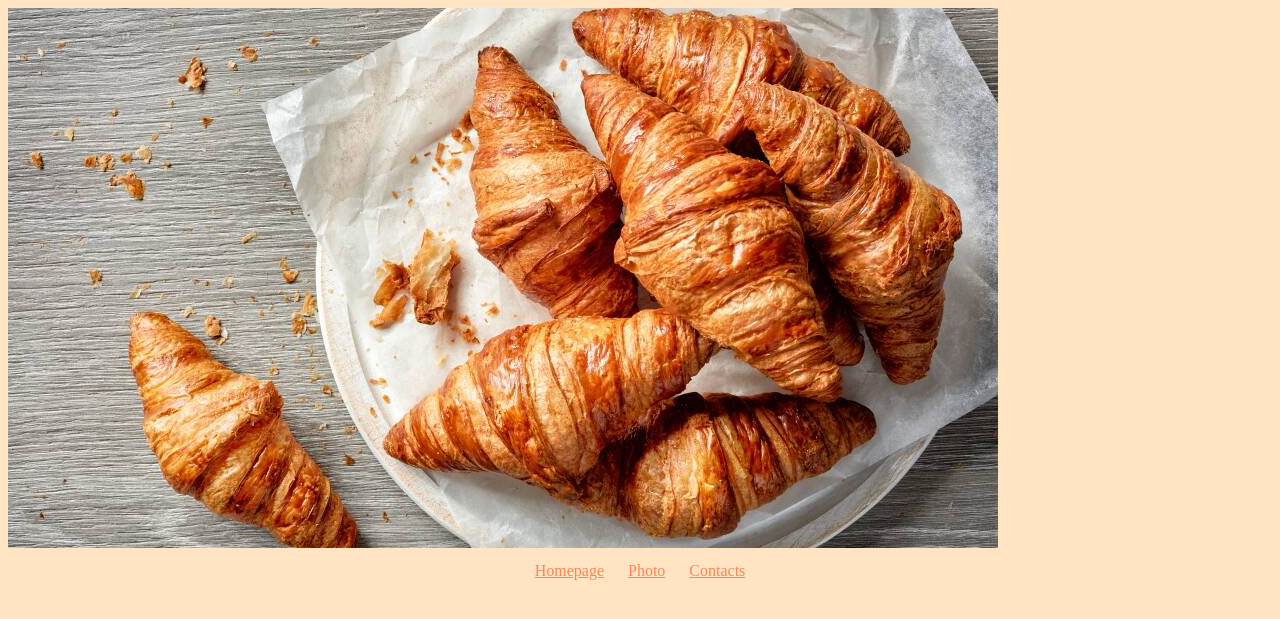
Repository: Bohoutdinova/Croissant
Page: photo.html
These files come from the project's save history. The page is drawn as it stood at one moment and after the next save; the edit follows.
The browser window is 1280 px wide. The pictures show the whole page.

Above is the page before, as saved 2022-08-08 17:52:29.

### photo.html
<!DOCTYPE html>
<html lang="en">
  <head>
    <meta charset="UTF-8" />
    <meta http-equiv="X-UA-Compatible" content="IE=edge" />
    <meta name="viewport" content="width=device-width, initial-scale=1.0" />
    <title>Photo</title>
    <link rel="stylesheet" href="/src/style.css" />
  </head>
  <body>
    <img src="/images/download.jpeg" class="img-fluid" alt="croissant" />
    <div class="container">
      <a href="/index.html">Homepage</a>
      <a href="/photo.html">Photo</a>
      <a href="/contact.html">Contacts</a>
    </div>
  </body>
</html>

### src/style.css
body {
  background-color: bisque;
}
h1 {
  text-align: center;
}
p {
  text-align: center;
}
.container {
  text-align: center;
  margin: 10px;
}
a {
  padding: 10px;
  color: #f98654;
}

After the next save:
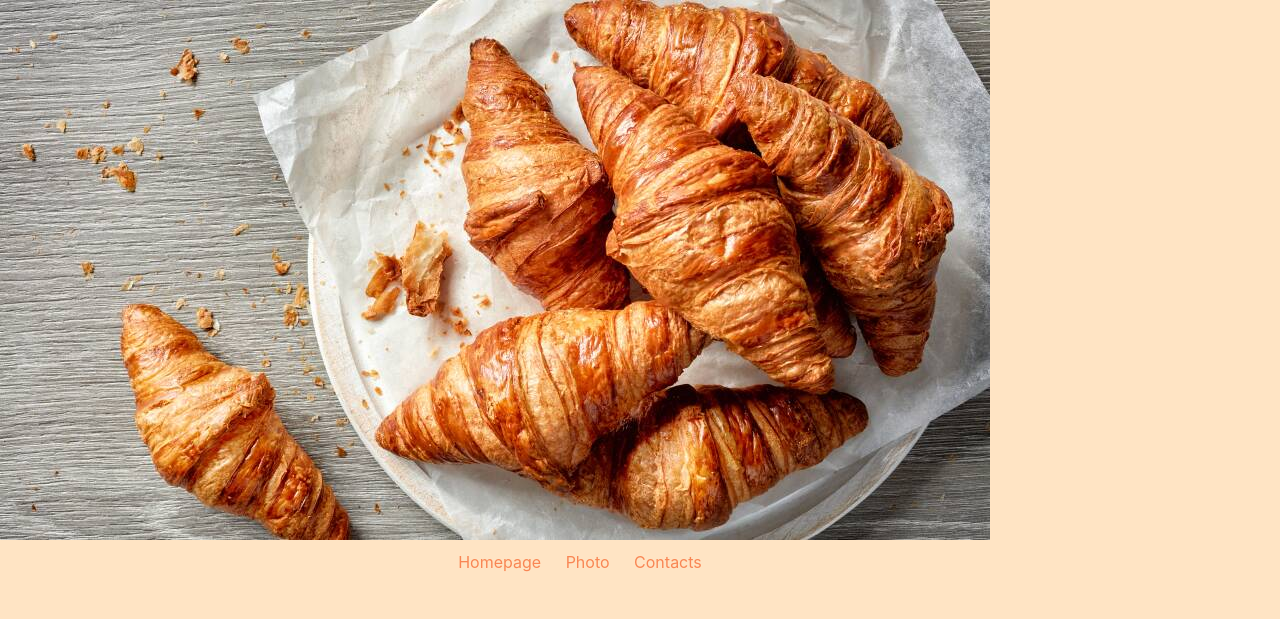
Saved 20 s later.
--- a/photo.html
+++ b/photo.html
@@ -5,6 +5,12 @@
     <meta http-equiv="X-UA-Compatible" content="IE=edge" />
     <meta name="viewport" content="width=device-width, initial-scale=1.0" />
     <title>Photo</title>
+    <link
+      rel="stylesheet"
+      href="https://cdn.jsdelivr.net/npm/bootstrap@4.3.1/dist/css/bootstrap.min.css"
+      integrity="sha384-ggOyR0iXCbMQv3Xipma34MD+dH/1fQ784/j6cY/iJTQUOhcWr7x9JvoRxT2MZw1T"
+      crossorigin="anonymous"
+    />
     <link rel="stylesheet" href="/src/style.css" />
   </head>
   <body>
